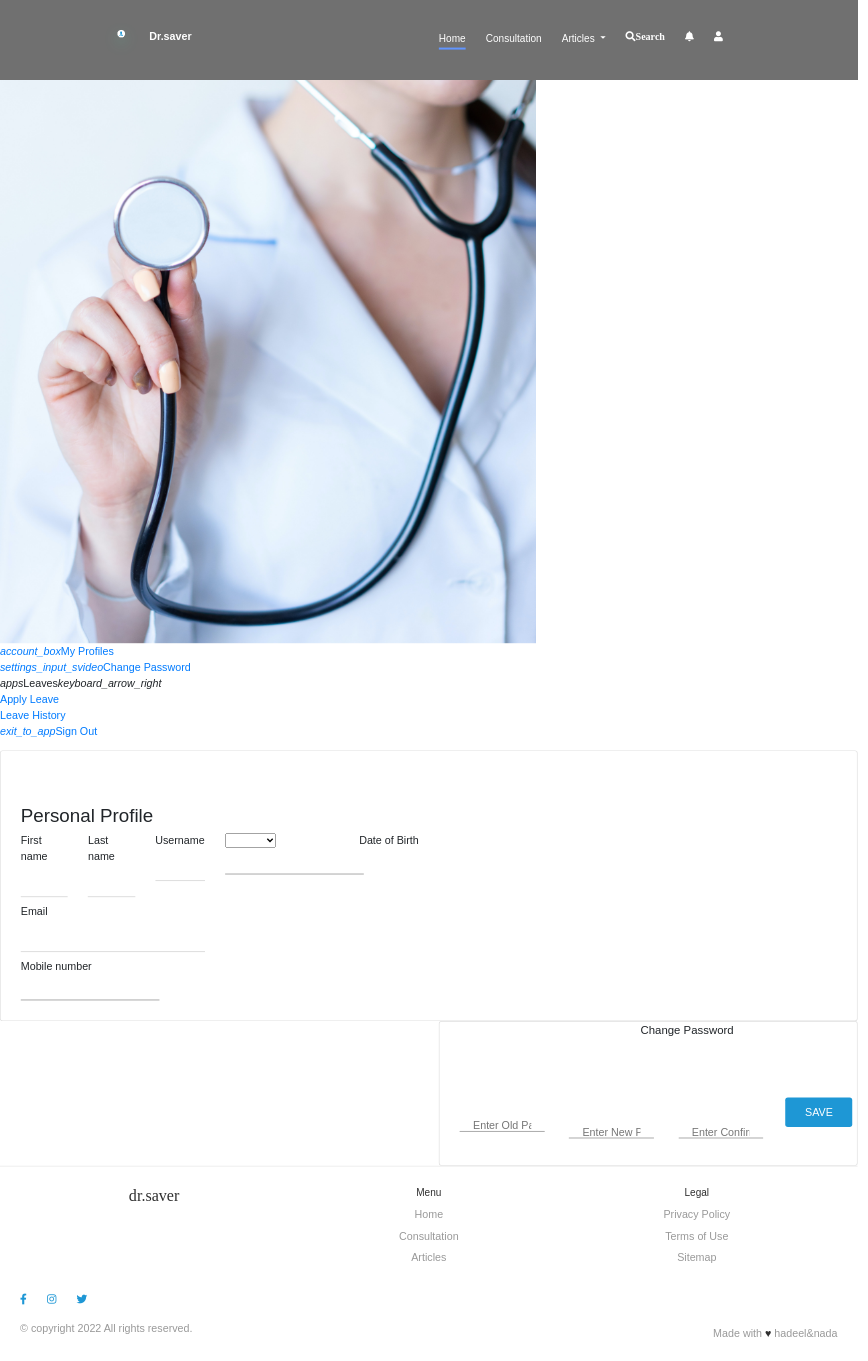
Repository: nsra/hadeel_doctor_system
Page: patient/Pprofile.html
These files come from the project's save history. The page is drawn as it stood at one moment and after the next save; the edit follows.
The browser window is 1280 px wide. The page is 1295 px wide, so the pictures cover 1295 px, including what lies to the right of the window. The pictures show the whole page, at 67% of full size.
Some web fonts or font styles are not loaded; a fallback is used. Some web libraries are served in a nearby version.

Above is the page before, as saved 2022-03-25 14:30:47.

After the next save:
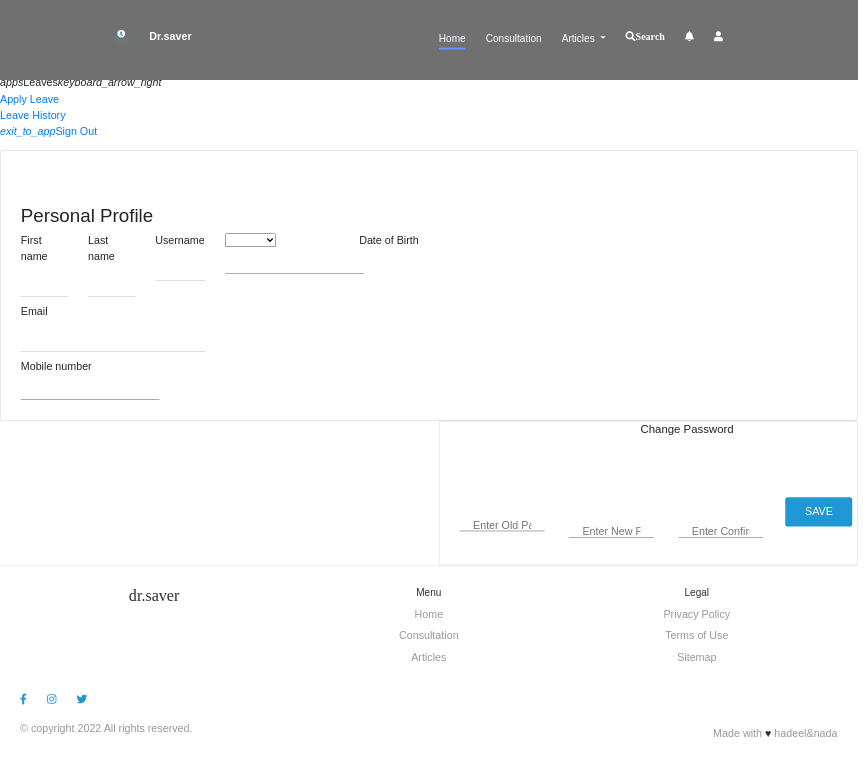
Saved 29 s later.
--- a/patient/Pprofile.html
+++ b/patient/Pprofile.html
@@ -56,7 +56,7 @@
         <div class="side-nav-wrapper">
             <div class="sidebar-profile">
                 <div class="sidebar-profile-image">
-                    <img src="../assets/img/doctor.png" class="circle" alt="">
+                    <img src="../assets/img/pro.png" class="circle" alt="">
                 </div>
                 <div class="sidebar-profile-info">
 
